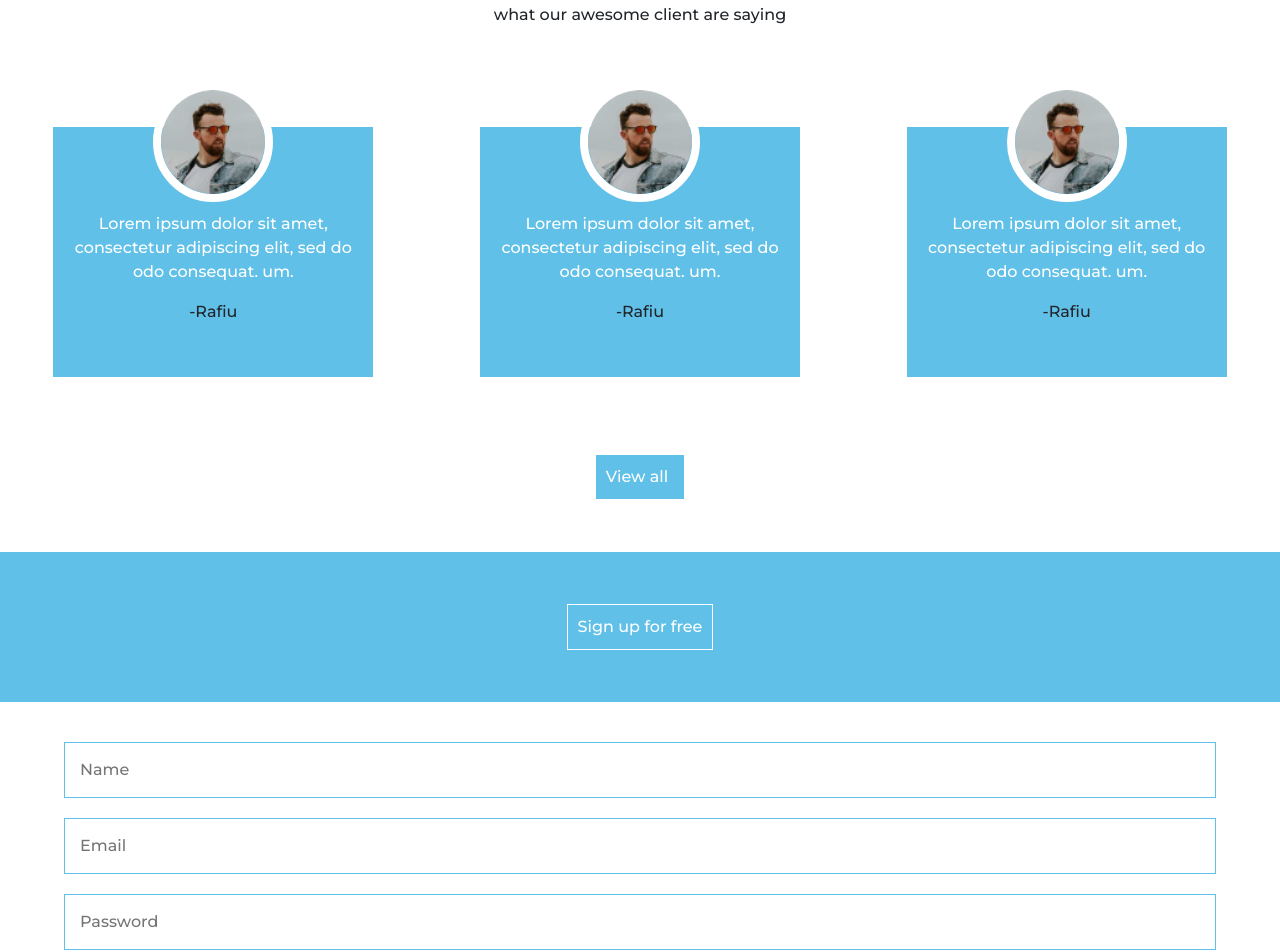
Repository: TiaraOluwanimi/team5
Page: tutor.html
These files come from the project's save history. The page is drawn as it stood at one moment and after the next save; the edit follows.
The browser window is 1280 px wide. The pictures show the part of the page from y = 1936 to 2888 px (the page is 3256 px tall).
A picture or video elsewhere on the page could not be fetched, so the positions and the page height are approximate. Some web libraries are served in a nearby version.

Above is the page before, as saved 2020-08-08 12:07:55.

After the next save:
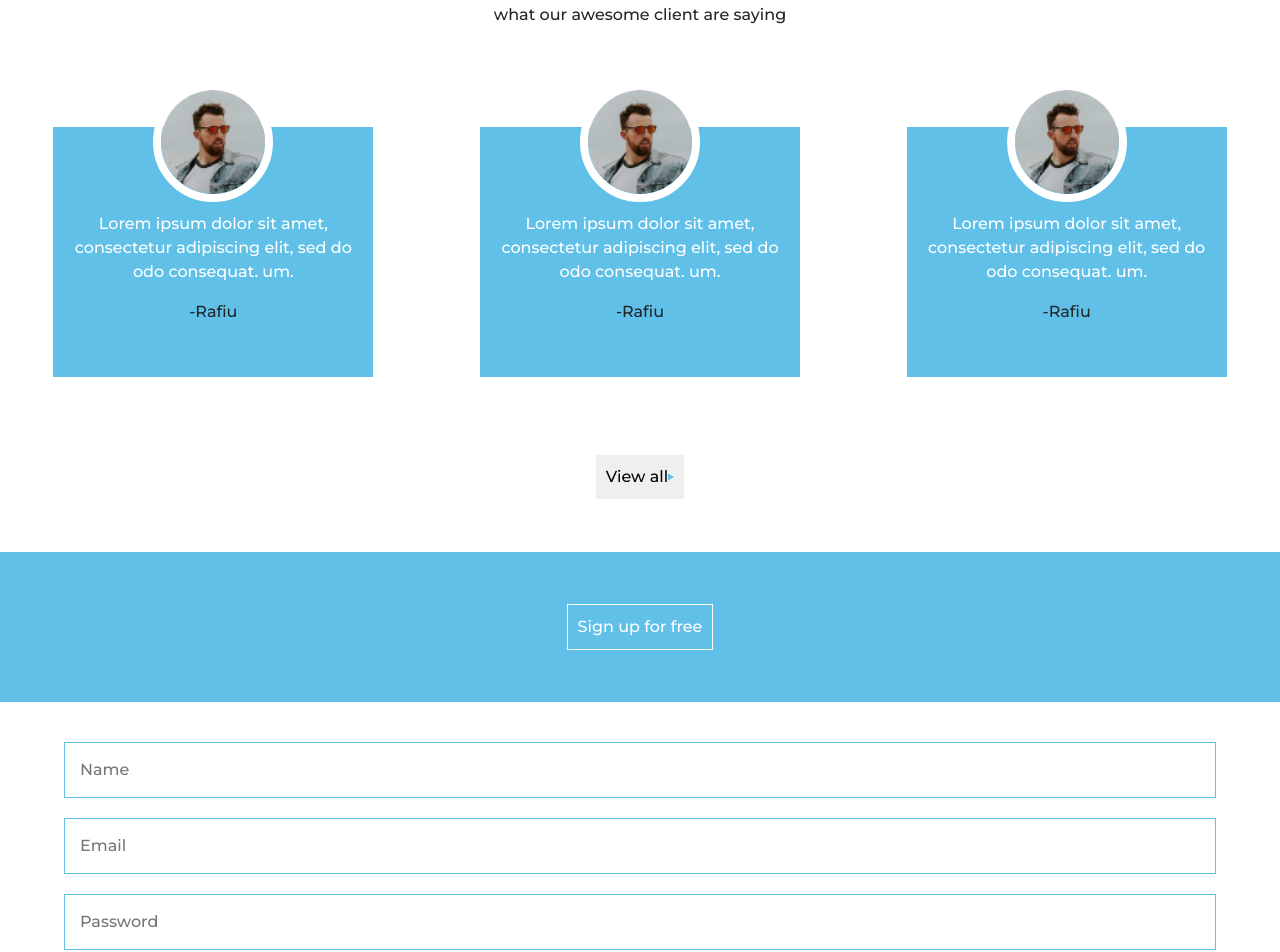
Saved 40 s later.
--- a/assets/css/testimonial.css
+++ b/assets/css/testimonial.css
@@ -66,7 +66,7 @@
     justify-content: center;
 }
 #view-all-button button{
-    background:#60C0E8;
+    background:
     color:#fff;
     padding:10px;
     border:1px solid #fff;
